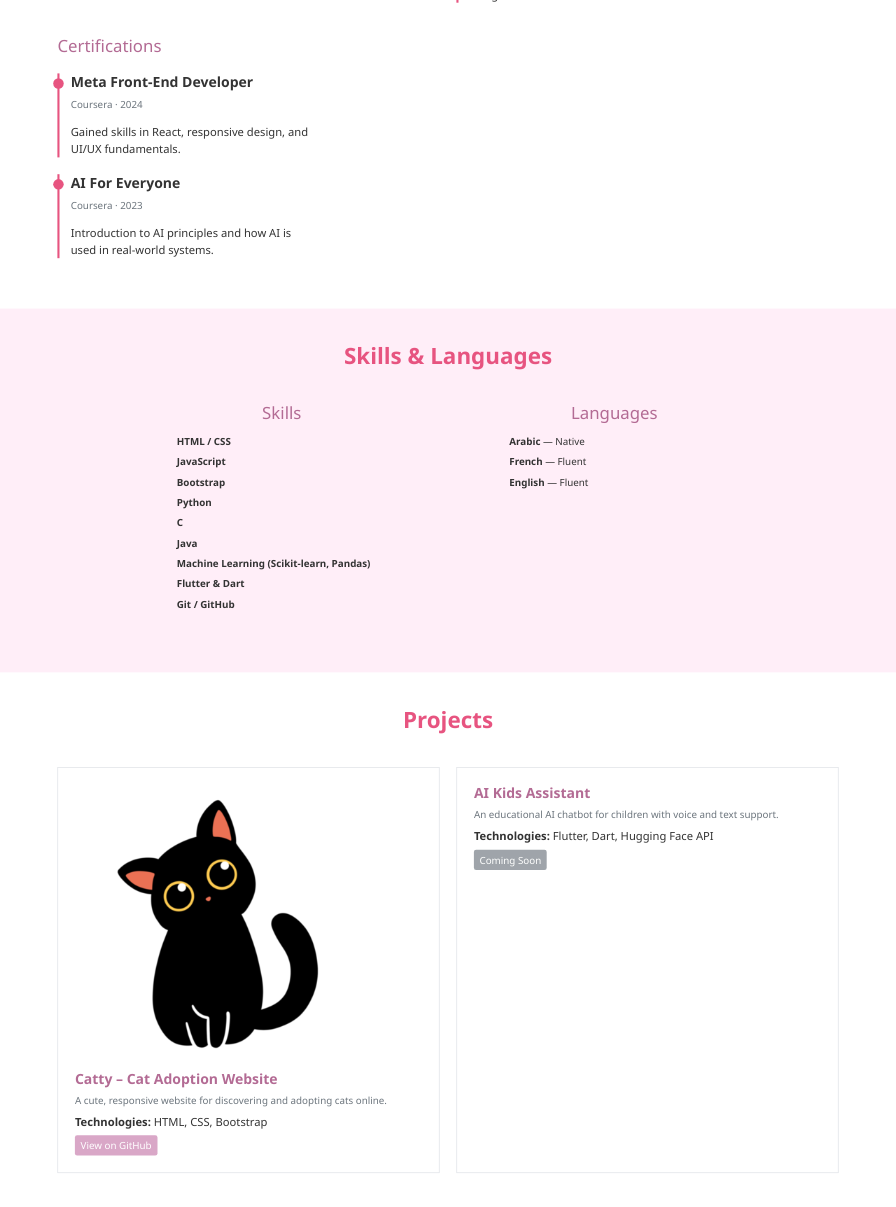
Repository: rihebtlh/portfolio
Page: new.html
The author's editor kept a copy of each file at every save. The page is drawn from the files as they stood at one save, then again after the next save.
The browser window is 1280 px wide. The pictures show the part of the page from y = 1677 to 3597 px (the page is 3401 px tall before and 3597 px after), at 70% of full size.

Above is the page before, as saved 2025-07-02 16:02:34.

### new.html
<!DOCTYPE html>
<html lang="en">
<head>
  <meta charset="UTF-8" />
  <meta name="viewport" content="width=device-width, initial-scale=1.0" />
  <title>Riheb Talhi Portfolio</title>
  <link href="https://cdn.jsdelivr.net/npm/bootstrap@5.0.2/dist/css/bootstrap.min.css" rel="stylesheet" />
  <script src="https://cdn.jsdelivr.net/npm/bootstrap@5.0.2/dist/js/bootstrap.bundle.min.js"></script>
  <link rel="stylesheet" href="https://cdn.jsdelivr.net/npm/bootstrap-icons@1.10.5/font/bootstrap-icons.css">


  <style>
    body {
      font-family: 'Segoe UI', sans-serif;
      color: #333;
      background: #fff;
    }

    .navbar {
      background: rgba(255, 255, 255, 0.9);
      box-shadow: 0 4px 6px rgba(0, 0, 0, 0.05);
    }

    .navbar-nav .nav-link {
      color: #b36b94 !important;
      font-weight: 500;
    }

    .navbar-nav .nav-link:hover {
      color: #e75480 !important;
    }

    .btn-secondary {
      background-color: #d9a7c7;
      border: none;
    }

    .btn-secondary:hover {
      background-color: #e2b8d3;
    }

    h1, h2 {
      font-weight: 700;
    }

    .display-2 {
      color: #e75480;
    }

    .display-5 {
      color: #a070a8;
    }

    section {
      padding: 4rem 0;
    }

    .head {
      background-color: #ffeef8;
    }

    .about {
      background-color: #ffffff;
    }

    .about h2 {
      color: #e75480;
    }

    .about p {
      font-size: 1.1rem;
      color: #444;
      max-width: 800px;
    }

    img.rounded-circle {
      border: 4px solid #fff;
    }
    /* Simple timeline style */
  .timeline-item {
    border-left: 3px solid #e75480;
    padding-left: 1rem;
    position: relative;
  }
  .timeline-item::before {
    content: '';
    position: absolute;
    left: -9px;
    top: 0.4rem;
    width: 15px;
    height: 15px;
    background: #e75480;
    border-radius: 50%;
  }
  </style>
</head>
<body>

  <!-- Navbar -->
  <nav class="navbar navbar-expand-md navbar-light fixed-top">
    <div class="container-xxl">
      <button class="navbar-toggler" type="button" data-bs-toggle="collapse" data-bs-target="#main-nav"
        aria-controls="main-nav" aria-expanded="false" aria-label="Toggle navigation">
        <span class="navbar-toggler-icon"></span>
      </button>

      <div class="collapse navbar-collapse justify-content-end align-items-center" id="main-nav">
        <ul class="navbar-nav">
          <li class="nav-item"><a class="nav-link" href="#about">About Me</a></li>
          <li class="nav-item"><a class="nav-link" href="#resume">My Resume</a></li>
          <li class="nav-item"><a class="nav-link" href="#skills">Skills & Languages</a></li>
          <li class="nav-item"><a class="nav-link" href="#projects">Projects</a></li>
          <li class="nav-item ms-2 d-none d-md-inline">
            <a class="btn btn-secondary" href="#contact">Contact me here!</a>
          </li>
        </ul>
      </div>
    </div>
  </nav>

  <!-- Hero Section -->
    <section class="head d-flex align-items-center" style="min-height: 100vh;" id="home">
    <div class="container-lg">
        <div class="row justify-content-center align-items-center">
        <div class="col-md-8 text-start">
            <h1>
            <div class="display-2 fw-bold">Riheb Talhi</div>
            <div class="display-5">Computer Science Student</div>
            <div class="display-6 text-muted">just love to solve real-world problems through creative coding.</div>
            </h1>
        </div>
        <div class="col-md-4 text-center d-none d-md-block">
            <span class="tt" data-bs-placement="bottom" title="pic">
            <img src="/assets/pic.jpg" alt="Your photo" class="img-fluid rounded-circle shadow" style="max-height: 400px;">
            </span>
        </div>
        </div>
    </div>
    </section>


  <!-- About Me Section (White) -->
  <section class="about" id="about">
    <div class="container-lg">
      <div class="row justify-content-center">
        <div class="col-md-5">
          <h2 class="mb-4">About Me</h2>
          <p><strong>Name:</strong> Riheb Talhi</p>
          <p><strong>Email:</strong> talhiriheb@gmail.com</p>
          <p><strong>Education:</strong> university of science and technology of oran - mohamed boudiaf</p>
          <p>
            <i class="bi bi-github text-dark me-2"></i>
            <a href="https://github.com/rihebtlh" target="_blank">@rihebtlh</a>
          </p>
          <p>
            <i class="bi bi-linkedin"></i>
            <a href="https://www.linkedin.com/in/riheb-talhi-bab320293" target="_blank">Talhi Riheb</a>
          </p>
          <p>
            I love building smart, helpful apps and exploring the world of artificial intelligence.
            Currently, I'm focused on AI development especially in natural language processing (NLP) and machine learning (ML).
          </p>

        </div>
      </div>
    </div>
  </section>
  <!-- Resume Section -->
    <section id="resume" class="py-5" style="background:#fff;">
        <div class="container-lg">
            <h2 class="mb-5" style="color:#e75480;">My Resume</h2>
            <div class="row">

            <!-- Education -->
            <div class="col-md-6 mb-4">
                <h4 class="mb-4" style="color:#b36b94;">Education</h4>
                <div class="timeline">
                <div class="timeline-item mb-4">
                    <h5 class="mb-1 fw-bold">University of Science and Technology of Oran - Mohamed Boudiaf</h5>
                    <p class="text-muted mb-0"><small>Bachelor's Degree in Computer Science</small></p>
                    <p class="text-muted"><small>2022 - 2025</small></p>
                    <p>Focused on software development, AI, and data structures.</p>
                </div>
                <!-- Add more education here if needed -->
                </div>
            </div>

            <!-- Experience -->
            <div class="col-md-6 mb-4">
                <h4 class="mb-4" style="color:#b36b94;">Experience</h4>
                <div class="timeline">
                <div class="timeline-item mb-4">
                    <h5 class="mb-1 fw-bold">Internship at XYZ Company</h5>
                    <p class="text-muted mb-0"><small>Summer 2023</small></p>
                    <p>Worked on developing web applications and learning Agile methodologies.</p>
                </div>
                <div class="timeline-item mb-4">
                    <h5 class="mb-1 fw-bold">Freelance Web Developer</h5>
                    <p class="text-muted mb-0"><small>2022 - Present</small></p>
                    <p>Built personal and small business websites with modern UI/UX design.</p>
                </div>
                <!-- Add more experience as needed -->
                </div>
            </div>
            </div>
            <!-- Certifications -->
            <div class="col-md-4 mb-4">
                <h4 class="mb-4" style="color:#b36b94;">Certifications</h4>
                <div class="timeline">
                <div class="timeline-item mb-4">
                    <h5 class="fw-bold">Meta Front-End Developer</h5>
                    <p class="text-muted"><small>Coursera · 2024</small></p>
                    <p>Gained skills in React, responsive design, and UI/UX fundamentals.</p>
                </div>
                <div class="timeline-item mb-4">
                    <h5 class="fw-bold">AI For Everyone</h5>
                    <p class="text-muted"><small>Coursera · 2023</small></p>
                    <p>Introduction to AI principles and how AI is used in real-world systems.</p>
                </div>
                </div>
            </div>
        </div>
    </section>
    <!-- Skills & Languages Section -->
    <section id="skills" class="py-5" style="background-color: #ffeef8;">
    <div class="container-lg text-center">
        <h2 class="mb-5" style="color: #e75480;">Skills & Languages</h2>

        <div class="row justify-content-center">
        <!-- Skills -->
        <div class="col-md-5 mb-4">
            <h4 class="mb-3" style="color: #b36b94;">Skills</h4>
            <ul class="list-unstyled small text-start mx-auto" style="max-width: 300px;">
            <li class="mb-2"><strong>HTML / CSS</strong></li>
            <li class="mb-2"><strong>JavaScript</strong></li>
            <li class="mb-2"><strong>Bootstrap</strong></li>
            <li class="mb-2"><strong>Python</strong></li>
            <li class="mb-2"><strong>C</strong></li>
            <li class="mb-2"><strong>Java</strong></li>
            <li class="mb-2"><strong>Machine Learning (Scikit-learn, Pandas)</strong></li>
            <li class="mb-2"><strong>Flutter & Dart</strong></li>
            <li class="mb-2"><strong>Git / GitHub</strong></li>
            </ul>
        </div>

        <!-- Languages -->
        <div class="col-md-5 mb-4">
            <h4 class="mb-3" style="color: #b36b94;">Languages</h4>
            <ul class="list-unstyled small text-start mx-auto" style="max-width: 300px;">
            <li class="mb-2"><strong>Arabic</strong> — Native</li>
            <li class="mb-2"><strong>French</strong> — Fluent</li>
            <li class="mb-2"><strong>English</strong> — Fluent</li>
            </ul>
        </div>
        </div>
    </div>
    </section>
    <!-- Projects Section -->
    <section id="projects" class="py-5" style="background-color: #fff;">
      <div class="container-lg">
        <h2 class="mb-5 text-center" style="color: #e75480;">Projects</h2>

        <div class="row justify-content-center g-4">

          <!-- Project 1 -->
          <div class="col-md-6">
            <div class="p-4 border rounded-4 h-100" style="border-color: #ffd6e8; background-color: #fff;">
              <!-- Project Image -->
              <img src="assets/catLogo.webp" alt="Catty Website Preview" class="img-fluid rounded mb-2">
              <!-- Project Content -->
              <h5 class="fw-bold" style="color: #b36b94;">Catty – Cat Adoption Website</h5>
              <p class="text-muted small mb-2">A cute, responsive website for discovering and adopting cats online.</p>
              <p class="mb-2"><strong>Technologies:</strong> HTML, CSS, Bootstrap</p>
              <a href="https://github.com/rihebtlh/catty-storefront" target="_blank" class="btn btn-sm btn-secondary">View on GitHub</a>
            </div>
          </div>


          <!-- Project 2 -->
          <div class="col-md-6">
            <div class="p-4 border rounded-4 h-100" style="border-color: #ffd6e8;">
              <h5 class="fw-bold" style="color: #b36b94;">AI Kids Assistant</h5>
              <p class="text-muted small mb-2">An educational AI chatbot for children with voice and text support.</p>
              <p class="mb-2"><strong>Technologies:</strong> Flutter, Dart, Hugging Face API</p>
              <a href="#" target="_blank" class="btn btn-sm btn-secondary disabled">Coming Soon</a>
            </div>
          </div>

          <!-- Add more projects here -->

        </div>
      </div>
    </section>






  <!-- Tooltip Init -->
  <script>
    const tooltips = document.querySelectorAll('.tt');
    tooltips.forEach(t => {
      new bootstrap.Tooltip(t);
    });
  </script>

</body>
</html>

After the next save:
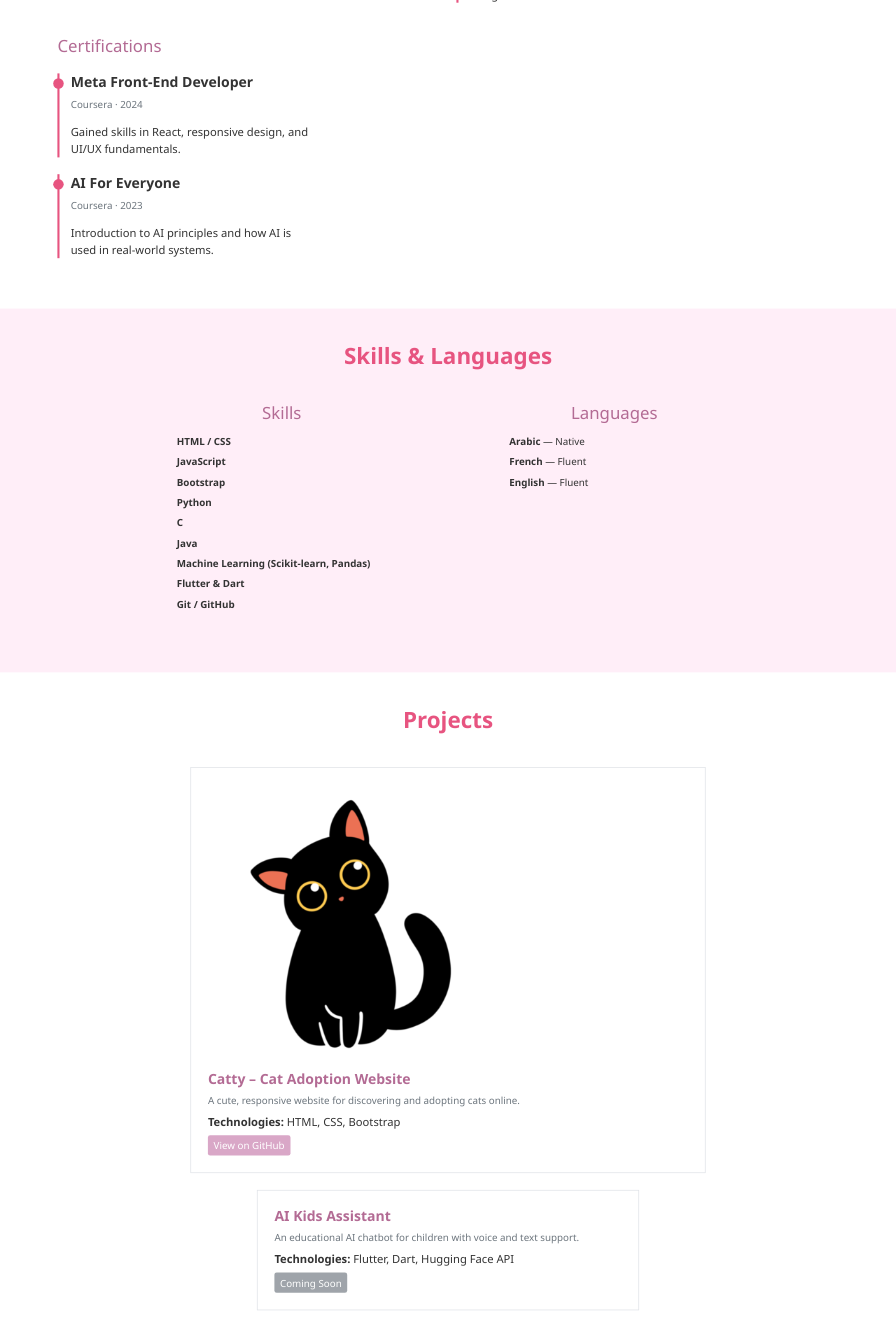
Saved 20 s later.
--- a/new.html
+++ b/new.html
@@ -263,7 +263,7 @@
         <div class="row justify-content-center g-4">
 
           <!-- Project 1 -->
-          <div class="col-md-6">
+          <div class="col-md-8">
             <div class="p-4 border rounded-4 h-100" style="border-color: #ffd6e8; background-color: #fff;">
               <!-- Project Image -->
               <img src="assets/catLogo.webp" alt="Catty Website Preview" class="img-fluid rounded mb-2">

After the save that followed:
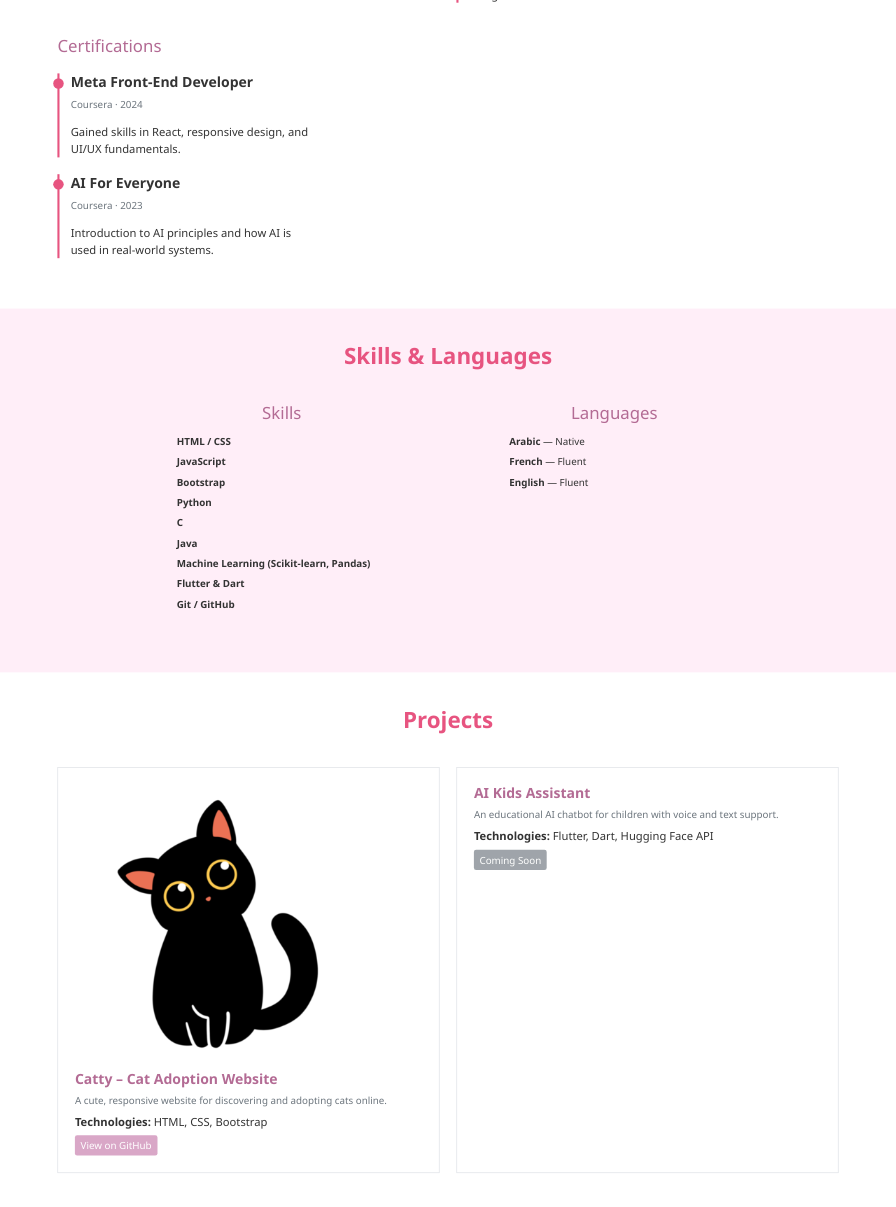
Saved 8 s later.
--- a/new.html
+++ b/new.html
@@ -263,7 +263,7 @@
         <div class="row justify-content-center g-4">
 
           <!-- Project 1 -->
-          <div class="col-md-8">
+          <div class="col-md-6">
             <div class="p-4 border rounded-4 h-100" style="border-color: #ffd6e8; background-color: #fff;">
               <!-- Project Image -->
               <img src="assets/catLogo.webp" alt="Catty Website Preview" class="img-fluid rounded mb-2">
